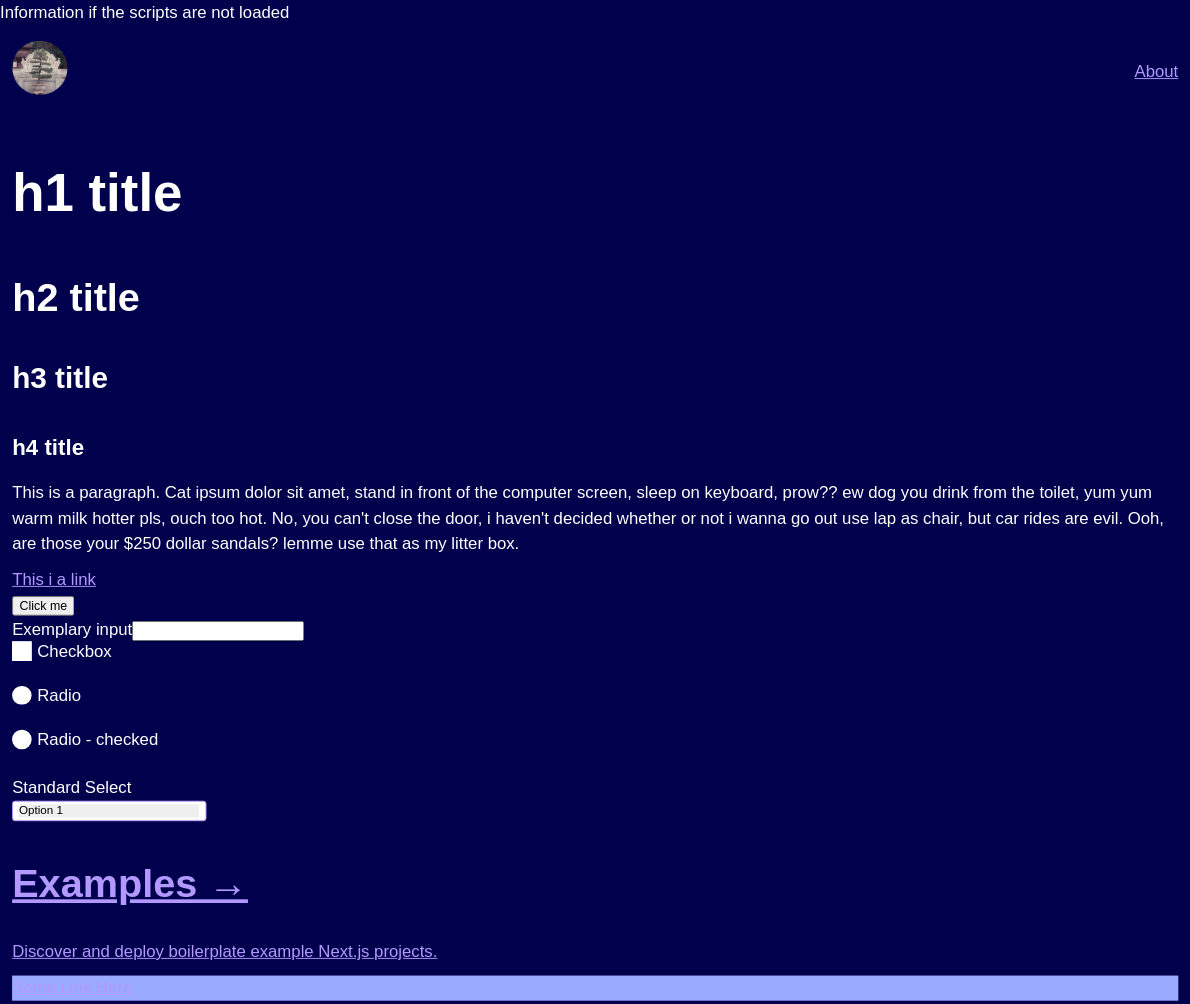
Repository: magiai/scent-app
Page: /
The author's editor kept a copy of each file at every save. The page is drawn from the files as they stood at one save, then again after the next save.
The browser window is 1280 px wide. The pictures show the whole page, at 93% of full size.
The project was rebuilt for these pictures with package versions that can differ from the ones it lists, and the page was loaded fresh each time. The framework's server and built-in components were replaced by stand-ins that run in the browser.

Above is the page before, as saved 2022-05-25 18:32:59.

### pages/_app.tsx

import '../styles/variables.css';
import '../styles/global.css';
import '../styles/forms.css';
import { AppProps } from 'next/app';

function MyApp({ Component, pageProps }: AppProps) {
    return (
        <Component {...pageProps} />
    )
}

export default MyApp

### pages/_document.js
import { Html, Head, Main, NextScript } from "next/document";

export default function Document() {
    return (
        <Html lang="en">
            <Head>
                <meta charset="utf-8" />
                <meta http-equiv="X-UA-Compatible" content="IE=edge" />
                <meta name=" theme-color" content="#fff" />
                <meta name="viewport" content="width=device-width, initial-scale=1" />
                <meta name="robots" content="index, follow" />

                <title key="title">Application title</title>
                <link rel="icon" href="/favicon.ico"></link>
                <link rel="canonical" href="https://website.com/"></link>
                <meta name="description" content="Application description"></meta>

                {/* Open Graph Protocol */}
                <meta property="fb:page_id" content="" />
                <meta property="twitter:site" content="" />

                <meta property="og:title" content="Application title"/>
                <meta property="og:type" content="application"/>
                <meta property="og:url" content="https://website.com"/>
                <meta property="og:site_name" content=""/>
                <meta property="og:description" content="Application description"/>
                <meta property="og:image" content=""/>
                {/* /Open Graph Protocol */}

                <noscript>Information if the scripts are not loaded</noscript>
            </Head>
            <body>
                <Main />
                <NextScript />
            </body>
        </Html>
    )
}

### pages/index.tsx
import Head from 'next/head';
import Layout from '../components/layout';

export default function Home() {
  return (
    <Layout>
      <Head>
        <title key="title">Home</title>
      </Head>

      <main>
        <h1>h1 title</h1>
        <h2>h2 title</h2>
        <h3>h3 title</h3>
        <h4>h4 title</h4>

        <p>
            This is a paragraph. Cat ipsum dolor sit amet, stand in front of the computer screen, sleep on keyboard, prow?? ew dog you drink from the toilet, yum yum warm milk hotter pls, ouch too hot. No, you can't close the door, i haven't decided whether or not i wanna go out use lap as chair, but car rides are evil. Ooh, are those your $250 dollar sandals? lemme use that as my litter box.
        </p>

        <a href='/'>This i a link</a>
        <br />
        <button>Click me</button>
        <br />

        <form>
            <label>
                Exemplary input
                <input id="input-exemple" type="text"/>
            </label>
            <br />
            <label className="form-control">
                <input name="checkbox" type="checkbox"/>
                Checkbox
            </label>
            <br />
            <label className="form-control">
                <input name="radio" type="radio" disabled/>
                Radio
            </label>
            <br />
            <label className="form-control">
                <input name="radio" type="radio"/>
                Radio - checked
            </label>
            <br />
            <label htmlFor="standard-select">Standard Select</label>
            <div className="select">
                <select id="standard-select">
                    <option value="Option 1">Option 1</option>
                    <option value="Option 2">Option 2</option>
                    <option value="Option 3">Option 3</option>
                    <option value="Option 4">Option 4</option>
                    <option value="Option 5">Option 5</option>
                    <option value="Option length">
                    Option that has too long of a value to fit
                    </option>
                </select>
            </div>
        </form>


        <div className="grid">
          <a
            href="https://github.com/vercel/next.js/tree/master/examples"
            className="card"
          >
            <h2>Examples &rarr;</h2>
            <p>Discover and deploy boilerplate example Next.js projects.</p>
          </a>

        </div>
      </main>

    </Layout>
  )
}

### styles/variables.css
:root {
    --color--white: white;
    --color--black: black;

    --hue--base: 255;
    --saturation--base: 100%;
    --lightness--base: 80%;
    --opacity--base: 1;
    --color--lighten: 5%;
    --color--darken: 10%;
    --color--primary: hsla(var(--hue--base), var(--saturation--base), var(--lightness--base), var(--opacity--base));
    --color--primary--active: hsla(var(--hue--base),
                                    var(--saturation--base),
                                    calc(var(--lightness--base) + var(--color--lighten)),
                                    var(--opacity--base));

    --hue--secondary: 240;
    --saturation--secondary: 100%;
    --lightness--secondary: 15%;
    --color--secondary: hsla(var(--hue--secondary), var(--saturation--secondary), var(--lightness--secondary), var(--opacity--base));
    --color--secondary--active: hsla(var(--hue--secondary),
                                var(--saturation--secondary),
                                calc(var(--lightness--secondary) + var(--color--lighten)),
                                var(--opacity--base));

    --hue--error: 360;
    --hue--success: 130;
    --hue--information: 230;
    --color--disabled: hsla(var(--hue--information), 0, calc(var(--lightness--base) - var(--color--darken)), var(--opacity--base));
    --color--information: hsla(var(--hue--information), var(--saturation--base), var(--lightness--base), var(--opacity--base));
    --color--success: hsla(var(--hue--success), var(--saturation--base), var(--lightness--base), var(--opacity--base));
    --color--error: hsla(var(--hue--error), var(--saturation--base), var(--lightness--base), var(--opacity--base));

    --background-color: var(--color--secondary);

    --spacing__ratio: 1.414;
    --spacing__ratio--desktop: 1.618;
    --space--base: 0.5rem;
    --space--xs: var(--space--base);
    --space--s: calc(var(--space--xs) * var(--spacing__ratio));
    --space--m: calc(var(--space--s) * var(--spacing__ratio));
    --space--l: calc(var(--space--m) * var(--spacing__ratio));
    --space--xl: calc(var(--space--l) * var(--spacing__ratio));

    --font-size__ratio: 1.20;
    --font-size__ratio--desktop: 1.333;
    --font-size--base: 1.8rem;
    --font-size--h4: calc(var(--font-size--base) * var(--font-size__ratio));
    --font-size--h3: calc(var(--font-size--h4) * var(--font-size__ratio));
    --font-size--h2: calc(var(--font-size--h3) * var(--font-size__ratio));
    --font-size--h1: calc(var(--font-size--h2) * var(--font-size__ratio));
}

@media only screen and (min-width: 768px) {
    :root {
        --font-size__ratio: var(--font-size__ratio--desktop);
        --spacing__ratio: var(--spacing__ratio--desktop);
    }
}

### styles/global.css
html {
    font-size: 62.5%;
}

*,
*:before,
*:after {
    box-sizing: border-box;
}

body {
    margin: 0;
    color: var(--color--white);
    background-color: var(--background-color);
    font-family: system-iu, sans-serif;
    font-size: var(--font-size--base);
    line-height: 1.5;
    /* line-height: calc(2px + 2ex + 2px); */
}

p,
li,
h1, h2, h3, h4, h5 {
  overflow-wrap: break-word;
  hyphens: auto;
  margin-bottom: 0.65em;
}

h1 {
    font-size: var(--font-size--h1);
}

h2 {
    font-size: var(--font-size--h2);
}

h3 {
    font-size: var(--font-size--h3);
}

h4 {
    font-size: var(--font-size--h4);
}

h5 {
    font-size: var(--font-size--h5);
}

a {
    color: var(--color--primary);
    padding-top: var(--space--s);
    padding-bottom: var(--space--s);
}

a:hover, a:active, a:focus {
    color: var(--color--primary--active);
}

### styles/forms.css
:root {
    --form-control__color: var(--color--secondary);
    --form-control--disabled: var(--color--disabled);
    --select-border: var(--color--primary);
    --select-focus: blue;
    --select-arrow: var(--select-border);
}

.form-control {
    font-family: system-iu, sans-serif;
    font-size: var(--font-size--base);
    line-height: 1.1;
    display: grid;
    grid-template-columns: 1em auto;
    gap: 0.5em;
}

input[type="radio"],
input[type="checkbox"] {
    --webkit-appearance: none;
    appearance: none;
    background-color: var(--color--white);
    margin: 0;
    font: inherit;
    color: currentColor;
    width: 1.15em;
    height: 1.15em;
    border: 0.15em solid currentColor;
    transform: translateY(-0.075em);
    display: grid;
    place-content: center;
}

input[type="radio"] {
    border-radius: 50%;
}

input[type="radio"]::before,
input[type="checkbox"]::before {
    content: "";
    width: 0.65em;
    height: 0.65em;
    transform: scale(0);
    transition: 120ms transform ease-in-out;
    box-shadow: inset 1em 1em var(--form-control__color);
    background-color: CanvasText;
}

input[type="radio"]::before {
    border-radius: 50%;
}

input[type="radio"]:checked::before,
input[type="checkbox"]:checked::before {
    transform: scale(1);
}

input[type="checkbox"]:checked::before {
    transform: scale(1);
    transform-origin: bottom left;
    clip-path: polygon(14% 44%, 0 65%, 50% 100%, 100% 16%, 80% 0%, 43% 62%);
}

input[type="radio"]:focus,
input[type="checkbox"]:focus {
    outline: max(2px, 0.15em) solid currentColor;
    outline-offset: max(2px, 0.15em);
}

input[type="radio"]:disabled,
input[type="checkbox"]:disabled {
    --form-control__color: var(--form-control--disabled);
    color: var(--form-control--disabled);
    cursor: not-allowed;
}

.form-control + .form-control {
    margin-top: 1em;
}

select {
    appearance: none;
    background-color: rbga(0, 0, 0, 0);
    border: none;
    padding: 0 1em 0 0;
    margin: 0;
    width: 100%;
    font-family: inherit;
    font-size: inherit;
    cursor: inherit;
    line-height: inherit;
    outline: none;
}

select::-ms-expand {
    display: none;
}

.select {
    width: 100%;
    min-width: 15ch;
    max-width: 30ch;
    border: 1px solid var(--select-border);
    border-radius: 0.25em;
    padding: 0.25em 0.5em;
    font-size: 1.25rem;
    cursor: pointer;
    line-height: 1.1;
    background-color: var(--color--white);
    background-image: linear-gradient(to top, #f9f9f9, var(--color--white) 33%);
  }

.select::after {
    content: "";
    width: 0.8em;
    height: 0.5em;
    /* background-color: var(--select-arrow); */
    background-color: violet;
    clip-path: polygon(100% 0%, 0 0%, 50% 100%);
}

### components/layout.tsx
import React from 'react';
import Footer from './footer';
import Header from './header';
import styles from './layout.module.css'

export default function Layout({
  children,
  home
}: {
  children: React.ReactNode
  home?: boolean
}) {
    return (
        <div className = {styles.container}>
            <Header/>
            {children}
            <Footer/>
        </div>
    );
}

### components/footer.js
import styles from './footer.module.css';

export default function Footer() {

    return(
        <footer className = {styles.footer}>
            <a
            href="https://vercel.com?utm_source=create-next-app&utm_medium=default-template&utm_campaign=create-next-app"
            target="_blank"
            rel="noopener noreferrer"
            >
            Some Link Here
            </a>
      </footer>
    );
}

### components/header.tsx
import Link from 'next/link';
import Image from 'next/image';
import styles from './header.module.css';

export default function Header() {
    return (
        <header className = {styles.header}>
            <nav className = {styles.navigation}>
                <Link href="/">
                    <a>
                        <Image
                            src = "/images/logo.png"
                            height = {60}
                            width = {60}
                            alt = "Logo"
                        />
                    </a>
                </Link>
                <Link href="/about">
                    <a>About</a>
                </Link>
            </nav>
        </header>
    );
}

### components/layout.module.css
.container {
    padding-left: var(--space--m);
    padding-right: var(--space--m);
}

### components/footer.module.css
.footer {
    background-color: var(--color--information);
}

### components/header.module.css
.header {
    padding-top: var(--space--s);
    padding-bottom: var(--space--s);
}

.navigation {
    width: 100%;
    display: flex;
    flex-direction: row;
    justify-content: space-between;
    align-items: center;
}

After the next save:
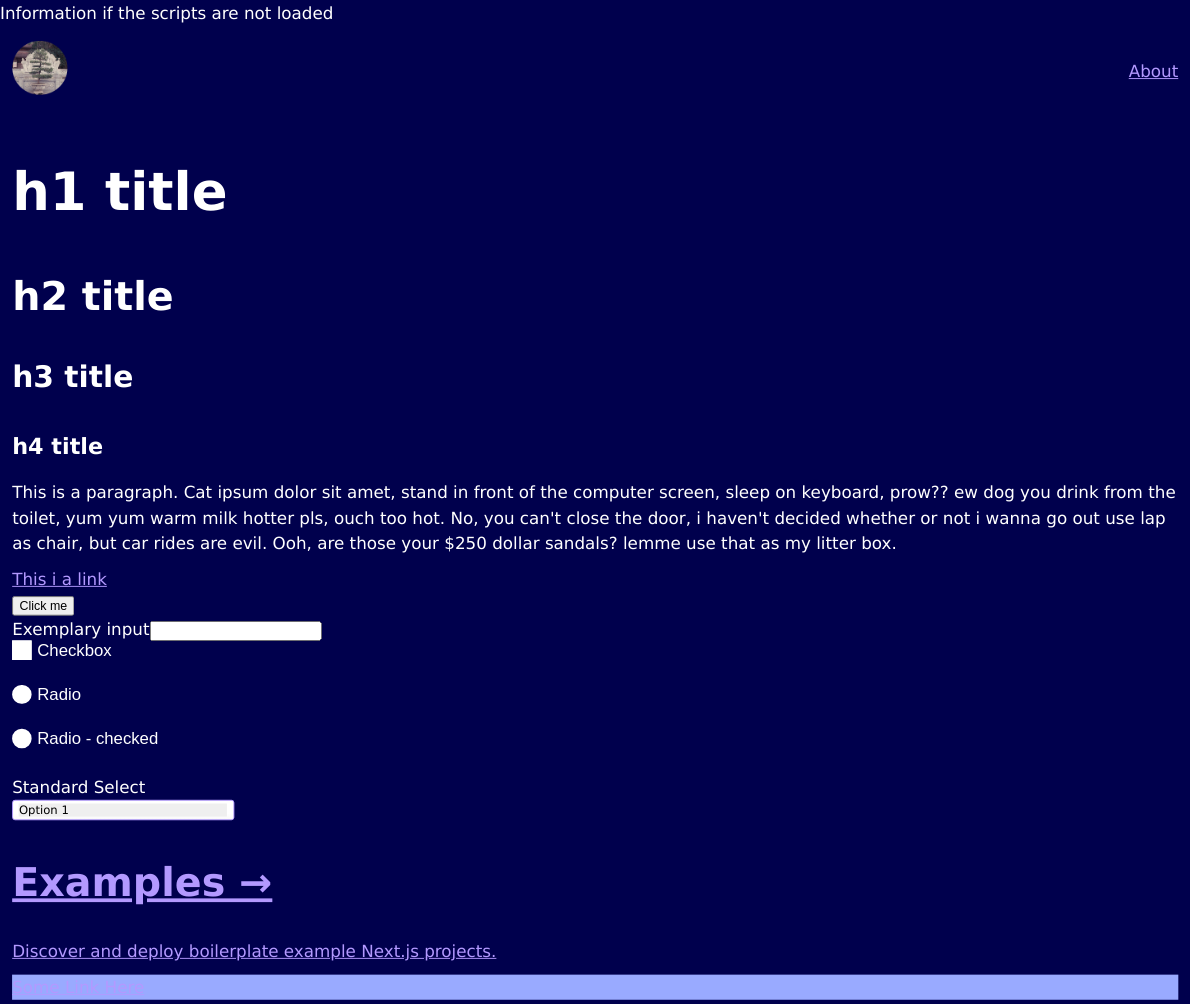
Saved 72 s later.
--- a/styles/global.css
+++ b/styles/global.css
@@ -12,7 +12,7 @@ body {
     margin: 0;
     color: var(--color--white);
     background-color: var(--background-color);
-    font-family: system-iu, sans-serif;
+    font-family: Verdana;
     font-size: var(--font-size--base);
     line-height: 1.5;
     /* line-height: calc(2px + 2ex + 2px); */
